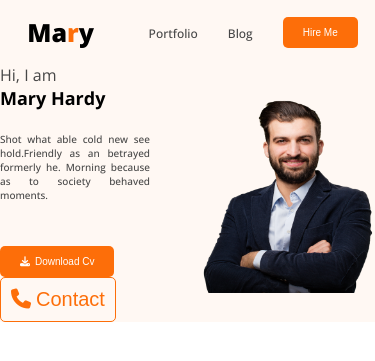
Repository: nahid-hasann/website-1
Page: index.html
The author's editor kept a copy of each file at every save. The page is drawn from the files as they stood at one save, then again after a run of saves.
The browser window is 375 px wide. The pictures show the whole page.

Above is the page before, as saved 2025-07-16 12:23:52.

### index.html
<!DOCTYPE html>
<html lang="en">
<head>
    <meta charset="UTF-8">
    <meta name="viewport" content="width=device-width, initial-scale=1.0">
    <title>Document</title>
    <link rel="preconnect" href="https://fonts.googleapis.com">
<link rel="preconnect" href="https://fonts.gstatic.com" crossorigin>
<link href="https://fonts.googleapis.com/css2?family=Open+Sans:ital,wght@0,300..800;1,300..800&display=swap" rel="stylesheet">
<link rel="stylesheet" href="style.css">
<link rel="stylesheet" href="https://cdnjs.cloudflare.com/ajax/libs/font-awesome/6.7.2/css/all.min.css" integrity="sha512-Evv84Mr4kqVGRNSgIGL/F/aIDqQb7xQ2vcrdIwxfjThSH8CSR7PBEakCr51Ck+w+/U6swU2Im1vVX0SVk9ABhg==" crossorigin="anonymous" referrerpolicy="no-referrer" />
<link rel="shortcut icon" href="images/icons/icons8-portfolio-50.png" type="image/x-icon">
</head>
<body class="open-sans-nahid">

<header class="main-header">
    <nav class="header">
          <div>
            <h3 class="nav-title">Ma<span style="color: #fd6e09;">r</span>y</h3>
          </div>
          <div class="menu">
            <ul>
            <li><a href="" class="dark-2" >Portfolio</a></li>
            <li><a  class="dark-2" href="">Blog</a></li>
            <li><button class="hire-me">Hire Me</button></li>
          </ul>
          </div>
    </nav>

    <div class="banner">

      <div class="banner-container">
        <h4 class="dark-2 hi-i-am">Hi, I  am</h4>
        <h1  class="mary-hardy" >Mary Hardy</h1>
        <br>
        <p class="banner-description dark-2">
          Shot what able cold new see hold.Friendly as an betrayed formerly he. Morning because as to society behaved moments.
        </p>
        <br>
        <br>
        <button class="hire-me" style="margin-right: 20px;"><i class="fa-solid fa-download" style="margin-right: 5px;"></i>Download Cv</button>
        <button class="btn-2"><i class="fa-solid fa-phone" style="margin-right: 5px;"></i>Contact</button>
      </div>
      <img class="banner-img" src="images/hardy.png" alt="">

    </div>

</header>

<main >

  <section class="section hide">
      <h3 class="section-title">About Me</h3>
      <p style="font-size: 18px; color: grey; margin-top: 30px;">I, m a designer & developer with a passion for web design. I enjoy developing simple, clean and slick websites that provide real value to the end user. Thousands of clients have procured exceptional resulfs while working with me. Delivering work within time and budget which meets clients requirements in our mata.</p>

      <div class="about-items">

    <div class="about-item">
      <p class="item-title ektubeshi">Name:</p>
      <p class="item-description">Mary Hardy</p>
    </div>
    <div class="about-item">
      <p class="item-title">Email:</p>
      <p class="item-description">info@gmail.com</p>
    </div>
    <div class="about-item">
      <p class="item-title">Date of birth:</p>
      <p class="item-description">11 November 1987</p>
    </div>
    <div class="about-item">
      <p class="item-title">From:</p>
      <p class="item-description">Los Angeles, USA</p>
    </div>

  </div>

  </section>

  <section class="skiill hide">
            <h3 class="section-title">What I do</h3>
            <p class="section-des">I have more than 10 years experience building software for clients all over the world. Below is a quick overview of my main technical skill sets and technologies i use. Want to find out more about my experience? Check out my online resume and project portfolio.</p>

         <div class="skills-container">

          <div class="skkis-veriation">
            <img src="images/icons/js.png" alt="" class="skiils-img">
            <p class="skills-heading">Vanilla JavaScript</p>
            <p class="skiils-description"> List skill/technologies here. You can change the icon above to any of the 1500+ FontAwesome 5 free icons available. Aenean commodo ligula eget dolor.</p>
          </div>
          <div class="skkis-veriation">
            <img src="images/icons/react.png" alt="" class="skiils-img">
            <p class="skills-heading">React</p>
            <p class="skiils-description">List skill/technologies here. You can change the icon above to any of the 1500+ FontAwesome 5 free icons available. Aenean commodo ligula eget dolor.</p>
          </div>
          <div class="skkis-veriation">
            <img src="images/icons/nodejs.png" alt="" class="skiils-img">
            <p class="skills-heading">Node.js</p>
            <p class="skiils-description">List skill/technologies here. You can change the icon above to any of the 1500+ FontAwesome 5 free icons available. Aenean commodo ligula eget dolor.</p>
          </div>
          <div class="skkis-veriation">
            <img src="images/icons/mongo.png" alt="" class="skiils-img">
            <p class="skills-heading">MongoDB</p>
            <p class="skiils-description">List skill/technologies here. You can change the icon above to any of the 1500+ FontAwesome 5 free icons available. Aenean commodo ligula eget dolor.</p>
          </div>

         </div>

  </section>

  <section class="hide">

<div class="container-m">
    <h2>A Summary of My Resume</h2>
    <div class="grid">
      <div class="section-m">
        <h3>My Education</h3>
        <div class="item-m">
          <h4>Master in Computer Engineering</h4>
          <span>Harvard University / 2015 - 2017</span>
          <p>Specialized in advanced algorithms and software engineering principle.</p>
        </div>
        <hr>
        <br>
        <div class="item-m">
          <h4>Bachelor in Computer Science</h4>
          <span>MIT / 2011 - 2015</span>
          <p>Focused on data structures, programming, and system design.</p>
        </div>
        <hr>
        <br>
        <div class="item-m">
          <h4>Bachelor in Computer Science</h4>
          <span>MIT / 2011 - 2015</span>
          <p>Focused on data structures, programming, and system design.</p>
        </div>

      </div>
      <div class="section-m">
        <h3>My Experience</h3>
        <div class="item-m">
          <h4>Sr. Front End Developer</h4>
          <span>Apple Inc / 2020 - Current</span>
          <p>Developing scalable web apps using React and modern JavaScript.</p>
        </div>
    <hr>
        <br>
        <div class="item-m">
          <h4>Jr. Front End Developer</h4>
          <span>Dribbble Inc / 2018 - 2022</span>
          <p>Worked on UI components and improved user experience for design.</p>
        </div>
        <hr>
    <br>
        <div class="item-m">
          <h4>HTML Developer</h4>
          <span>Adobe Inc / 2017 - 2018</span>
          <p>Built static and dynamic pages ensuring responsive design.</p>
        </div>
      </div>
    </div>
  </div>

  <button class="hire-me" style="margin: 20px auto; display: block;"><i class="fa-solid fa-download" style="margin-right: 5px;"></i>Download Cv</button>

  </section>

</main>

<!-- .about-items*4>p.item-title+p.item-description  -->


<footer class="hide">

     <div class="main-footer">

     <div class="footer-column">
        <h3 class="section-title">Lets Connect</h3>
        <p style="font-size: 18px; color: grey; margin: 20px 0px;">Please fill out the form on this section to contact with me or call between 9:00 A.M and 8.00 P.M ET, Monday through Friday.</p>
        <img src="images/icons/facebook.png" alt="">
        <img style="margin: 0px 20px;" src="images/icons/twitter.png" alt="">
        <img src="images/icons/insta.png" alt="">
     </div>

     <div class="footer-column">

        <h3 class="section-title" style=" margin-bottom: 30px;">Lets Connect</h3>
        <form class="form" action="">
            <input type="text" name="" placeholder="Your Name" id=""> <br>
            <input type="email" name="" placeholder="Yoour Email" id=""> <br>
            <textarea name="" placeholder="Message" id=""></textarea> <br>
            <button class="hire-me" >Submit</button>
        </form>

     </div>

</div>

</footer>


</body>
</html>

### style.css
* {
  margin: 0;
  padding: 0;
  box-sizing: border-box;
}


.open-sans-nahid {
  font-family: "Open Sans", sans-serif;
  font-optical-sizing: auto;
  font-style: normal;
  font-variation-settings: "wdth" 100;
  font-weight: 500;
}

.main-header{
    background-image: url('images/developer.png'), url('images/header_bg.png') ;
    background-repeat: no-repeat;
    background-position: 60px  28px, bottom right ;
    background-color: #fff8f3;
}



.header{
    display: flex;
    justify-content: space-around;
    gap: 250px;
    align-items: center;
    /* background-color: red; */
    padding: 15px 0px;
}

.nav-title{
    font-weight: 800;
    font-size: 45px;
}

.menu ul{
    display: flex;
    gap: 30px;
    align-items: center;
}

.menu ul li{
    list-style: none;

}

.menu ul li a{
    text-decoration: none;
    font-size: 20px;
}

.hire-me{
    background-color: #fd6e09;
    padding: 10px;
    border-radius: 5px;
    color: white;
    border: none;
    font-size: 20px;
}

.btn-2{
    padding: 10px;
    border-radius: 5px;
    color: #fd6e09;
    border: 1px solid  #fd6e09;
    font-size: 20px;
    background-color: #fff8f3;
}

.dark-2{
    color: #474747;
}

.banner-container{
    width: 585px;
}

.hi-i-am{
    font-size: 45px; font-weight: 400;
}

.mary-hardy{
    font-size: 85px;
}

.banner-description{
    font-size: 18px;
}

.banner-img{
    width: 584px;
    height: 676px;
}

.banner{
    display: flex;
    align-items: center;
    justify-content: space-around;
    margin: 50px 0px 0px 170px;

}

.section{
    background-color: #fff8f3;
    padding: 150px;
    text-align: center;
    border-radius: 10px;
    margin: 130px 0px;
}

.section-title{
    font-size: 35px;
    font-weight: bold;
    color: #181818;
}

main{
    max-width: 1140px;
     margin: 0px auto;
}

.about-items{
    display: flex;
    justify-content: space-between;
}

.item-title{
    font-size: 18px;
    font-weight: 300;
    color: grey;
    margin-top: 30px;
}

.item-description{
    font-size: 18px ;
    font-weight: 700;
}

.skiill{
    text-align: center;
    margin-bottom: 130px;
}

.skills-container{
    display: flex;
    margin-top: 30px;
    gap: 30px;
    text-align: justify;
}

.skkis-veriation{
    background-color: #FFFFFF;
    box-shadow: 0px 6px 50px 0px rgba(0, 0, 0, 0.06);
padding: 30px;
border-radius: 5px;
margin-top: 20px;
}

.section-des{
    font-size: 18px;
    color: grey;
    margin-top: 30px;
     width: 909px;
     margin: 0px auto;
      margin-top: 30px;
}

.skills-heading{
    margin: 15px 0px;
    font-size: 20px ;
    font-weight: 700px;
}

.skiils-description{
     font-size: 16px;
     color: grey;
}

.resume{
    margin-bottom: 130px;
}

.resume-container{
    display: flex;
    gap: 40px;
    margin-top: 50px;
}

.resume h3{
    margin-bottom: 100px;
}

.resume-column h3{
    font-size: 30px ;
    font-weight: 700;
    margin-bottom: 20px;
}

.resume-column-title{
    font-size: 30px;
    font-weight: 700;
}

.experience{
    padding-right: 50px;
}

.experience-title{
        font-size: 25px;
    font-weight: 700;
    margin-bottom: 5px;
}

.experience-subtitle{
    font-size: 20px;
    font-weight: 600;

    color: rgba(117, 117, 117, 1);
}

.experince-description{
    margin-top: 20px;
    margin-bottom: 20px;
    font-size: 16px;
    color: rgba(117, 117, 117, 1);
}


.main-footer{
    margin-top: 130px;
    background-color: rgba(255, 248, 243, 1);
    padding: 50px 100px;
    display: flex;
    justify-content: space-around;
    align-items: center;
}

.footer-column{
    max-width: 40%;
}

.form input{
      display: block;
      padding: 12px 20px;
      width: 441px;
      font-size: 16px;
      border: none;
      border-radius: 5px;
}

.form textarea{
     width: 441px;
     font-size: 16px;
     border: none;
      border-radius: 5px;
      display: block;
      padding: 15px 20px;
      height: 180px;
}


.container-m{
  margin: auto;
  background: #fff;
  padding: 40px;
}

h2 {
  text-align: center;
  margin-bottom: 40px;
  font-size: 28px;
  margin-bottom: 50px;
}

.grid {
  display: grid;
  grid-template-columns: 1fr 1fr;
  gap: 30px;
}

.section-m h3 {
  margin-bottom: 20px;
  color: #ff6600;
  font-size: 20px;
}

.item-m {
  margin-bottom: 25px;
}

.item-m h4 {
  margin: 0 0 5px;
  font-size: 18px;
  color: #222;
}

.item-m span {
  display: block;
  color: #777;
  font-size: 14px;
  margin-bottom: 8px;
}

.item-m p {
  margin: 0;
  font-size: 14px;
  color: #555;
}

.hide{
    display: none;
}

@media screen and (max-width: 575px) {
    .section-title{
        font-size: 30px;
    }

    .section-des{
        font-size: 14px;
        max-width: 400px;
        min-width: 100px;
        padding: 0 10px;
    }

    .skills-container{
        flex-direction: column;
    }

    .skkis-veriation{
        margin: 0 20px;
        display: flex;
        flex-direction: column;
        align-items: center;
        justify-content: center;
        text-align: center;
    }

    .grid{
        grid-template-columns: 1fr;
    }

    .section-m h3{
        text-align: center;
    }

    .item-m{
        display: flex;
        flex-direction: column;
        align-items: center;
        justify-content: center;
    }

    .main-footer{
        flex-direction: column;
        padding: 20px 10px;
        margin-top: 70px;
    }

    .footer-column{
        max-width: 100%;
        text-align: center;
    }

    .form input{
max-width: 100%;
    }

    .form textarea{
        max-width: 100%;
    }

    .hire-me{
        font-size: 10px;
        padding: 10px 20px;
    }

    .section{
        padding: 50px 10px;
        margin: 70px 0;
    }

    .about-items{
        flex-direction: column;
    }

    .item-title{
        margin-top: 20px;
    }

    .ektubeshi{
        margin-top: 50px;
    }

.banner{
    margin: 0;
}

.banner-img{
    max-width: 200px;
    height: 200px;
}

.main-header{
    background-image: none ;
}

.nav-title{
    font-size: 25px;
    margin-left: 10px;
}

.menu ul li a{
    font-size: 12px;
}

.header{
    gap: 20px;
}

.hi-i-am{
    font-size: 16px;
}

.mary-hardy{
    font-size: 18px;

}

.banner-description{
    font-size: 10px;
    width: 150px;
    text-align: justify;

}

}

After the next 2 saves:
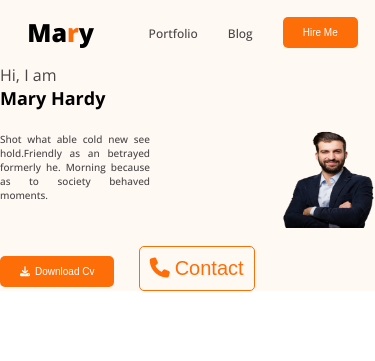
The 2 saves are shown as one change because they came seconds apart.
The last was saved 4 min 2 s later.
--- a/style.css
+++ b/style.css
@@ -400,8 +400,8 @@ max-width: 100%;
 }
 
 .banner-img{
-    max-width: 200px;
-    height: 200px;
+    max-width: 100px;
+    height: 100px;
 }
 
 .main-header{
